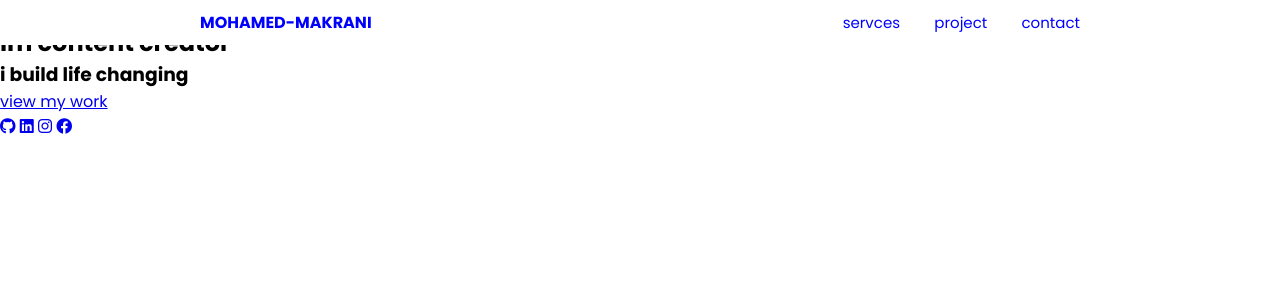
Repository: mohamed-makrani/Portfolio
Page: indixe.html
The author's editor kept a copy of each file at every save. The page is drawn from the files as they stood at one save, then again after the next save.
The browser window is 1280 px wide. The pictures show the whole page.

Above is the page before, as saved 2023-09-16 13:01:14.

After the next save:
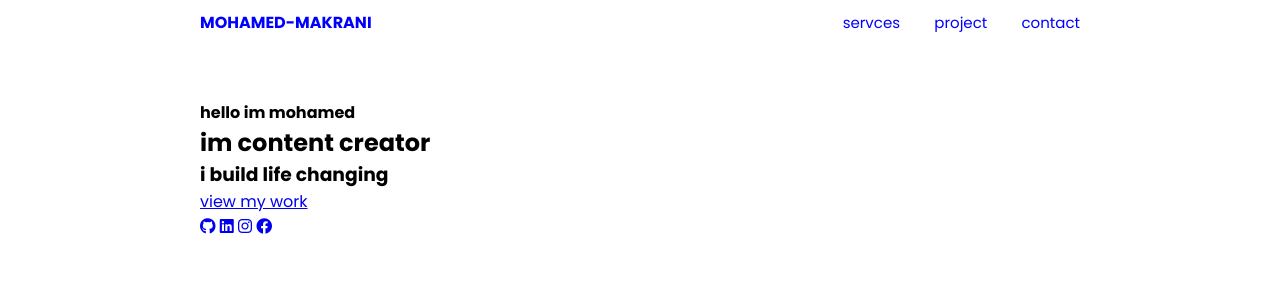
Saved 2 min 53 s later.
--- a/style.css
+++ b/style.css
@@ -41,3 +41,7 @@
 
 color: blueviolet;
 }
+ section {
+
+   padding: 100px 200px;
+ }

After the save that followed:
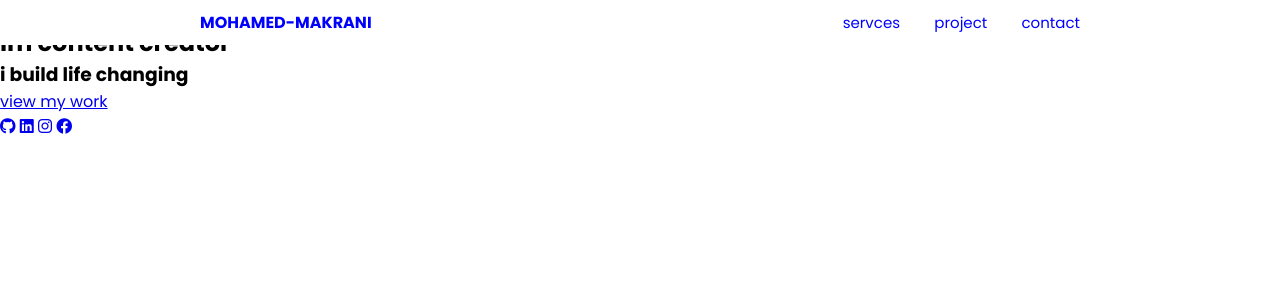
Saved 2 min 45 s later.
--- a/style.css
+++ b/style.css
@@ -41,7 +41,7 @@
 
 color: blueviolet;
 }
- section {
+ section main{
 
    padding: 100px 200px;
  }
